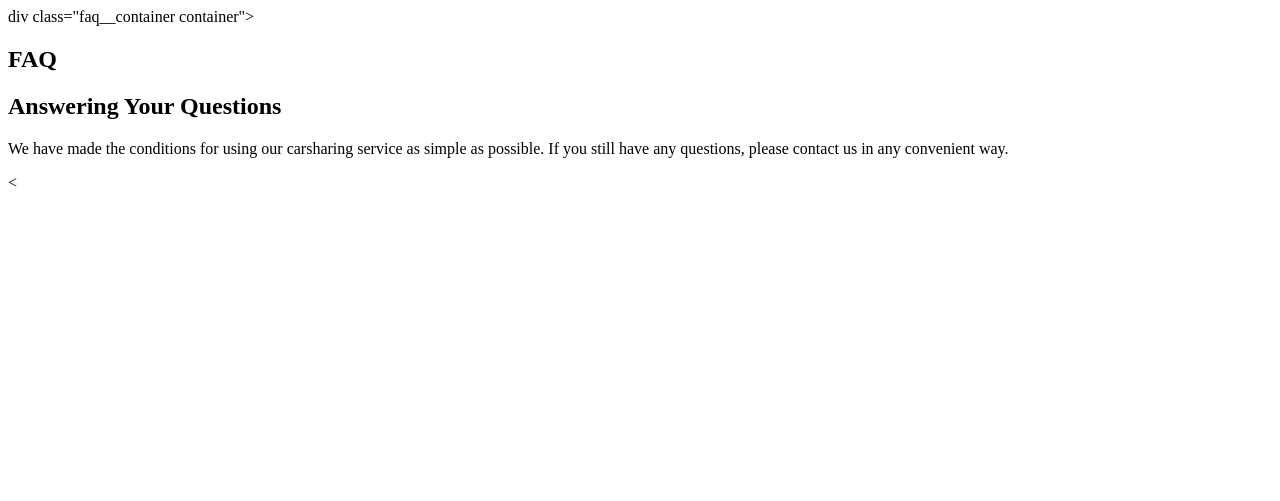
Repository: sanyathecreator/udrive-carsharing
Page: index.faq.partial.html
The author's editor kept a copy of each file at every save. The page is drawn from the files as they stood at one save, then again after the next save.
The browser window is 1280 px wide. The pictures show the whole page.

Above is the page before, as saved 2025-09-11 01:40:23.

After the next save:
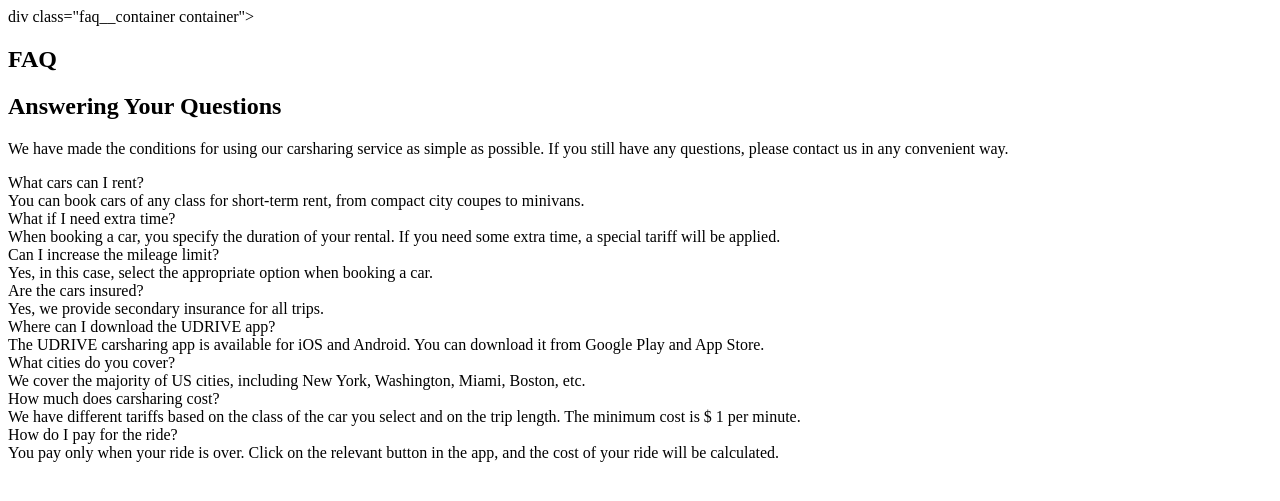
Saved 11 s later.
--- a/index.faq.partial.html
+++ b/index.faq.partial.html
@@ -3,5 +3,68 @@
   <h1 class ="faq __title">FAQ</h1>
   <h2 class ="faq __subtitle">Answering Your Questions</h2>
   <p class ="faq __text">We have made the conditions for using our carsharing service as simple as possible. If you still have any questions, please contact us in any convenient way.</p>
+<section class="faq">
   <div class="faq__grid">
-    <
+    <div class="faq__item">
+      <div class="faq__q">What cars can I rent?</div>
+      <div class="faq__a">
+        You can book cars of any class for short-term rent, from compact city
+        coupes to minivans.
+      </div>
+    </div>
+
+    <div class="faq__item">
+      <div class="faq__q">What if I need extra time?</div>
+      <div class="faq__a">
+        When booking a car, you specify the duration of your rental. If you need
+        some extra time, a special tariff will be applied.
+      </div>
+    </div>
+
+    <div class="faq__item">
+      <div class="faq__q">Can I increase the mileage limit?</div>
+      <div class="faq__a">
+        Yes, in this case, select the appropriate option when booking a car.
+      </div>
+    </div>
+
+    <div class="faq__item">
+      <div class="faq__q">Are the cars insured?</div>
+      <div class="faq__a">
+        Yes, we provide secondary insurance for all trips.
+      </div>
+    </div>
+
+    <div class="faq__item">
+      <div class="faq__q">Where can I download the UDRIVE app?</div>
+      <div class="faq__a">
+        The UDRIVE carsharing app is available for iOS and Android. You can
+        download it from Google Play and App Store.
+      </div>
+    </div>
+
+    <div class="faq__item">
+      <div class="faq__q">What cities do you cover?</div>
+      <div class="faq__a">
+        We cover the majority of US cities, including New York, Washington,
+        Miami, Boston, etc.
+      </div>
+    </div>
+
+    <div class="faq__item">
+      <div class="faq__q">How much does carsharing cost?</div>
+      <div class="faq__a">
+        We have different tariffs based on the class of the car you select and
+        on the trip length. The minimum cost is $ 1 per minute.
+      </div>
+    </div>
+
+    <div class="faq__item">
+      <div class="faq__q">How do I pay for the ride?</div>
+      <div class="faq__a">
+        You pay only when your ride is over. Click on the relevant button in the
+        app, and the cost of your ride will be calculated.
+      </div>
+    </div>
+  </div>
+</section>
